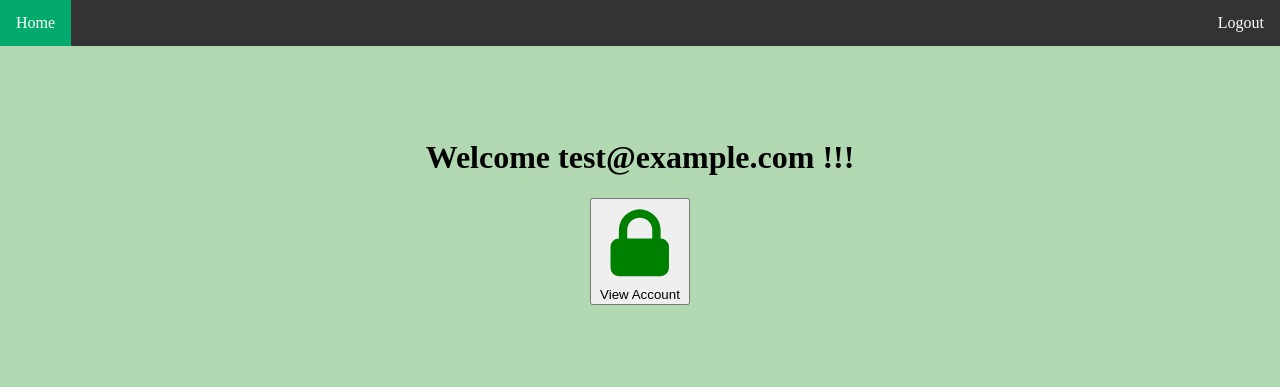
Repository: sach7691/original-book-store
Page: http://localhost/online-book-store-application/dashboard.jsp
The author's editor kept a copy of each file at every save. The page is drawn from the files as they stood at one save, then again after the next save.
The browser window is 1280 px wide. The pictures show the whole page.
The page is served by Tomcat 9. The session is filled in as if someone had signed in: {"email": "test@example.com"}. Other server files are loaded and not shown.

Above is the page before, as saved 2022-08-31 19:48:17.

### online-book-store-application/src/main/webapp/dashboard.jsp

<%@ page language="java" contentType="text/html; charset=ISO-8859-1"
	pageEncoding="ISO-8859-1"%>
<%@ taglib uri="http://java.sun.com/jsp/jstl/core" prefix="c"%>
<!DOCTYPE html>
<html>
<head>
<meta charset="ISO-8859-1">
<meta name="viewport" content="width=device-width, initial-scale=1.0">
<title>Dashboard</title>
</head>
<body>
	<%

  response.setHeader("Cache-Control", "no-cache,no-store,must-revalidate"); //prevent back button after logout HTTP 1.1
  //HTTP 1.0 and if you use proxy seperatly should remove cache to prevent back button
   response.setHeader("Pragma","no-cache"); //HTTP 1.0
   response.setDateHeader ("Expires", 0);
  if(session.getAttribute("email")==null){
	response.sendRedirect("login.jsp");
}
%>
<style>


body
{
  margin: 0;
  background: rgba(0, 128, 0, 0.3);

}
 letter {
   color: #ea503f;
   font-family: Arial;
   float: center;
 }

ul.topnav {
  list-style-type: none;
  margin: 0;
  padding: 0;
  overflow: hidden;
  background-color: #333;
}

ul.topnav li {float: left;}

ul.topnav li a {
  display: block;
  color: white;
  text-align: center;
  padding: 14px 16px;
  text-decoration: none;
}

ul.topnav li a:hover:not(.active) {background-color: #111;}

ul.topnav li a.active {background-color: #04AA6D;}

ul.topnav li.right {float: right;}

@media screen and (max-width: 600px) {
  ul.topnav li.right,
  ul.topnav li {float: none;}
}
</style>
</head>
<body>
<form action="http://localhost:8080/online-book-store-application/LogoutCustomerServlet" method="GET">
<div>
<ul class="topnav">
  <li><a class="active" href="welcome.jsp">Home</a></li>
  <li class="right"><a href="login.jsp">Logout</a></li>
</ul>
<br>
<br>
<br>
<br>
</div>
</form>
<form action="http://localhost:8080/online-book-store-application/AccountDetailsServlet"  method="GET">

<%

session.getAttribute("email");

%>
<center>
<div>
<p style="color: red;"><h1>Welcome ${email} !!!</h1></p>
</div>

 <input type="text" id="email" name="email" value= "${email}" hidden="" >
        <button type="submit" class="group relative w-full flex justify-center py-2 px-4 border border-transparent text-sm font-medium rounded-md text-white bg-green-600 hover:bg-green-700 focus:outline-none focus:ring-2 focus:ring-offset-2 focus:ring-indigo-500">
          <span class="absolute left-0 inset-y-0 flex items-center pl-3">
            <!-- Heroicon name: solid/lock-closed -->
            <svg class="h-5 w-5 text-indigo-500 group-hover:text-indigo-400" xmlns="http://www.w3.org/2000/svg" viewBox="0 0 20 20" fill="green" aria-hidden="true">
              <path fill-rule="evenodd" d="M5 9V7a5 5 0 0110 0v2a2 2 0 012 2v5a2 2 0 01-2 2H5a2 2 0 01-2-2v-5a2 2 0 012-2zm8-2v2H7V7a3 3 0 016 0z" clip-rule="evenodd" />
            </svg>
          </span>
          View Account
        </button>
 </form>
</center>
</body>
</html>

After the next save:
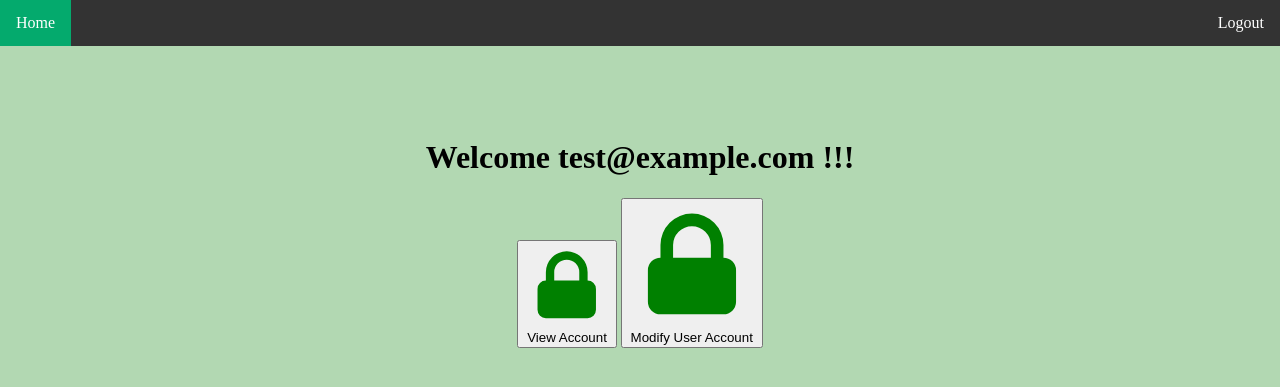
Saved 2 min 6 s later.
--- a/online-book-store-application/src/main/webapp/dashboard.jsp
+++ b/online-book-store-application/src/main/webapp/dashboard.jsp
@@ -101,6 +101,15 @@ session.getAttribute("email");
           View Account
         </button>
  </form>
+  <button type="submit" class="group relative w-full flex justify-center py-2 px-4 border border-transparent text-sm font-medium rounded-md text-white bg-green-600 hover:bg-green-700 focus:outline-none focus:ring-2 focus:ring-offset-2 focus:ring-indigo-500">
+          <span class="absolute left-0 inset-y-0 flex items-center pl-3">
+            <!-- Heroicon name: solid/lock-closed -->
+            <svg class="h-5 w-5 text-indigo-500 group-hover:text-indigo-400" xmlns="http://www.w3.org/2000/svg" viewBox="0 0 20 20" fill="green" aria-hidden="true">
+              <path fill-rule="evenodd" d="M5 9V7a5 5 0 0110 0v2a2 2 0 012 2v5a2 2 0 01-2 2H5a2 2 0 01-2-2v-5a2 2 0 012-2zm8-2v2H7V7a3 3 0 016 0z" clip-rule="evenodd" />
+            </svg>
+          </span>
+          Modify User Account
+        </button>
 </center>
 </body>
 </html>
